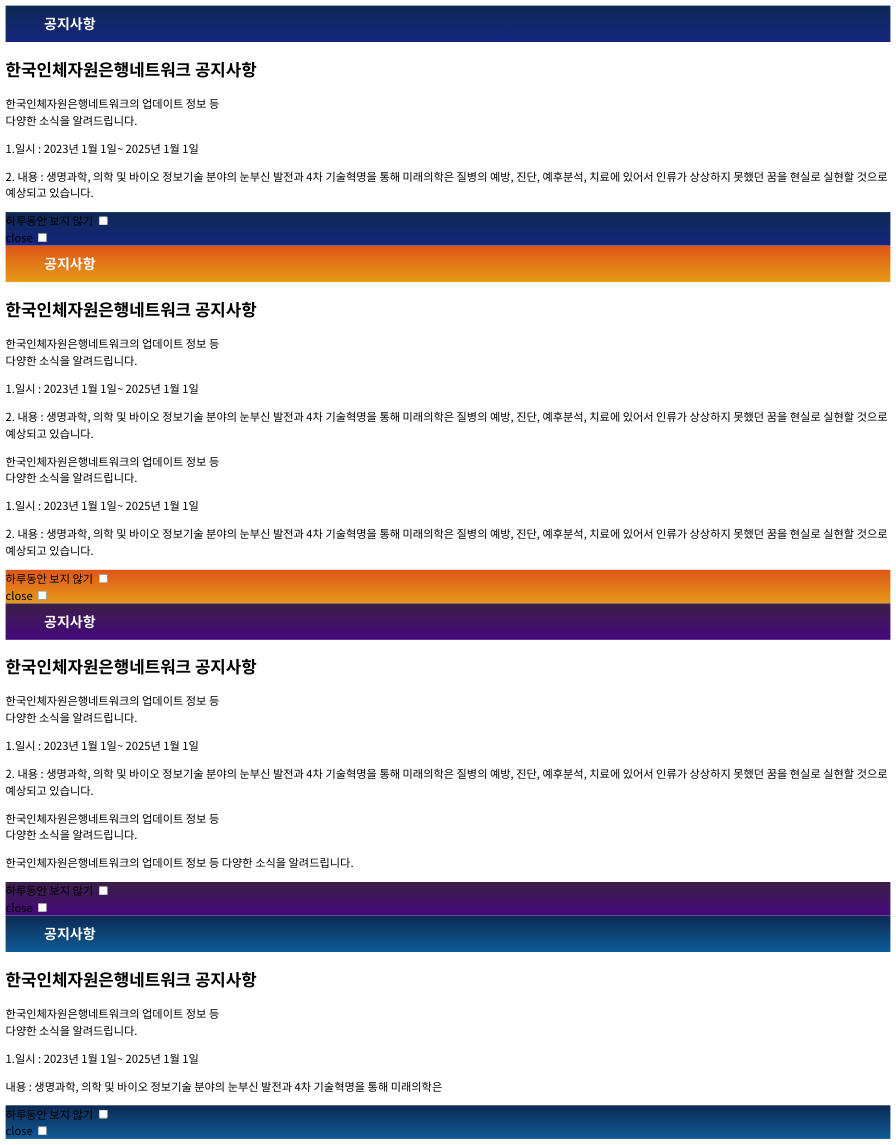
Repository: dlgywls1130/common_popup
Page: img/index.html
These files come from the project's save history. The page is drawn as it stood at one moment and after the next save; the edit follows.
The browser window is 1280 px wide. The pictures show the part of the page from y = 0 to 1920 px (the page is 1635 px tall before and 2616 px after), at 70% of full size.

Above is the page before, as saved 2023-10-25 23:46:35.

After the next save:
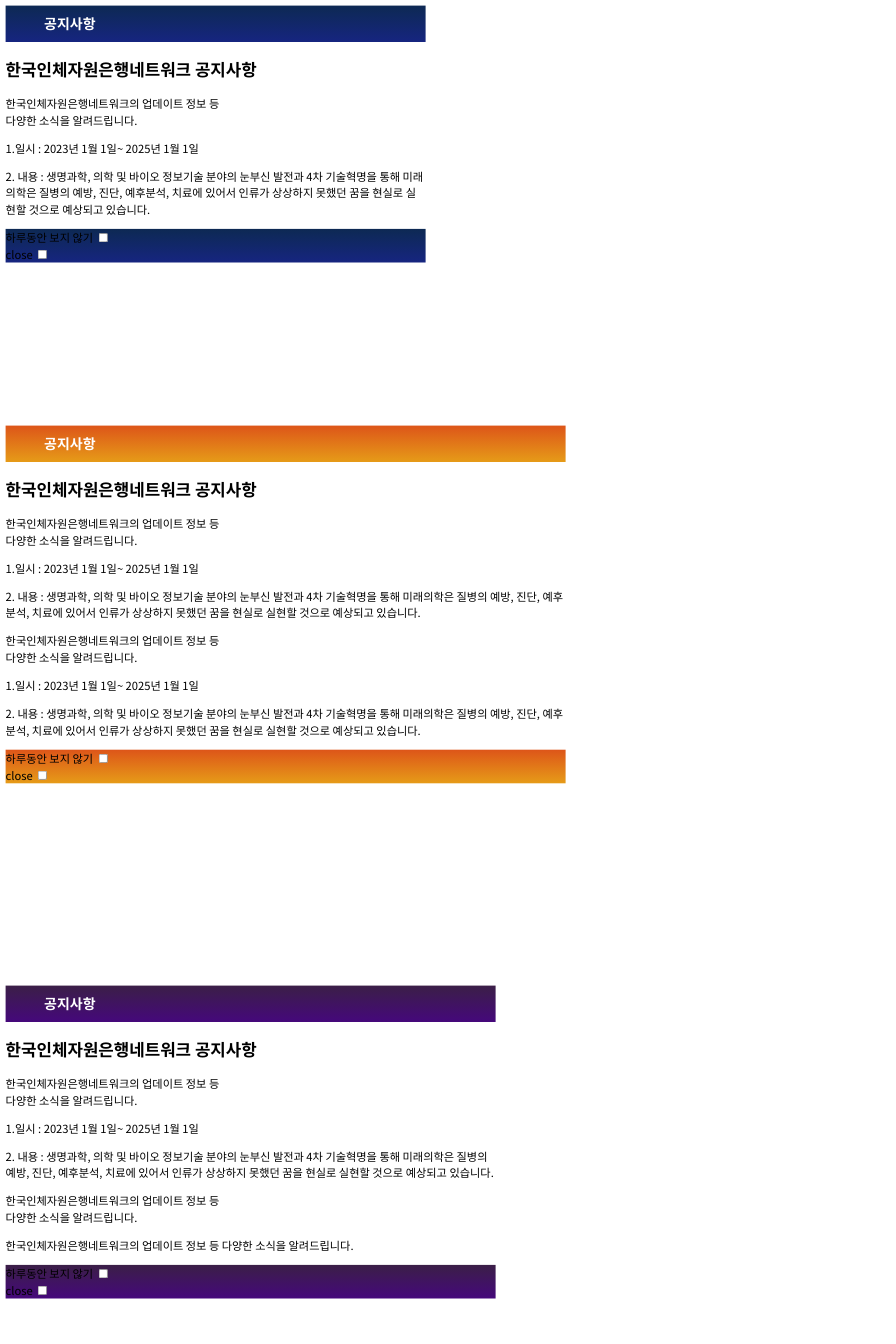
Saved 1 s later.
--- a/img/style.css
+++ b/img/style.css
@@ -17,6 +17,26 @@
     font-weight: 700;
     padding: 10px 55px;
     box-sizing: border-box;
+}
+
+.common_modal.blue{
+    width: 600px;
+    height: 600px;
+}
+
+.common_modal.orange{
+    width: 800px;
+    height: 800px;
+}
+
+.common_modal.purple{
+    width: 700px;
+    height: 700px;
+}
+
+.common_modal.sky{
+    width: 500px;
+    height: 500px;
 }
 
 .common_modal.blue .common_head,
